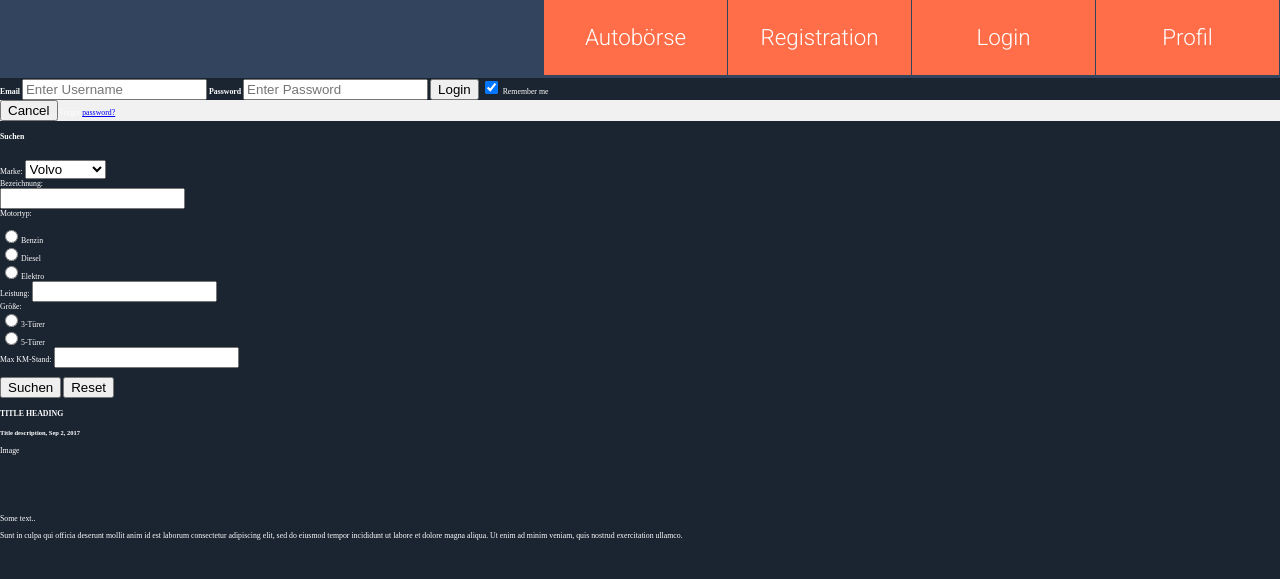
Repository: Turkelten/CarAdminstration
Page: Autobörse/WebContent/index.html
The author's editor kept a copy of each file at every save. The page is drawn from the files as they stood at one save, then again after the next save.
The browser window is 1280 px wide. The pictures show the whole page.

Above is the page before, as saved 2020-07-18 18:40:14.

### Autobörse/WebContent/index.html
<!DOCTYPE html>
<html>
<head>
	<meta name="viewport" content="width=device-width, initial-scale=1.0" charset="ISO-8859-1">
	<title>Autobörse</title>
	<link href="https://fonts.googleapis.com/css2?family=Roboto+Slab:wght@300&family=Roboto:wght@300&display=swap" rel="stylesheet">
	<link href="style.css" rel="stylesheet">
</head>
<body>
	<header>
		<nav id="normal">
			<ul>
			  	<li style="float:left"><a href="index.html">Autobörse</a></li>
			  	<li ><a class="active" href="registration.html">Registration</a></li>
			  	<li ><a class="active" onclick="document.getElementById('id01').style.display='block'">Login</a></li>
			  	<li ><a class="active" href="userprofil.html">Profil</a>
			  		<ul>
			  			<li ><a onclick="document.getElementById('profildaten').style.display='block'">Daten</a></li>
				  		<li ><a onclick="">Inserat erstellen</a></li>
				  		<li ><a class="active" href="LogoutServlet">Logout</a></li>
			 		</ul>
			  	</li>
			</ul>
		</nav>

		<nav id="mobile">
			<div id="menu">Menü</div>
			<ul>
			  	<li ><a href="index.html">Autobörse</a></li>
			  	<li ><a class="active" href="registration.html">Registration</a></li>
			  	<li ><a class="active" onclick="document.getElementById('id01').style.display='block'">Login</a></li>
			  	<li ><a class="active" href="userprofil.html">Profil</a>
			  		<ul>
			  			<li ><a onclick="document.getElementById('profildaten').style.display='block'">Daten</a></li>
				  		<li ><a onclick="">Inserat erstellen</a></li>
				  		<li ><a class="active" href="LogoutServlet">Logout</a></li>
			 		</ul>
			  	</li>
			</ul>
		</nav>
	</header>

	<div class="page">
		<div id="id01" class="login">
	  		<form class="modal-content animate" action="LoginServlet" method="post">
	    		<div class="container">
			      	<label for="email"><b>Email</b></label>
			      	<input type="text" placeholder="Enter Username" name="email" required>

			      	<label for="psw"><b>Password</b></label>
			      	<input type="password" placeholder="Enter Password" name="password" required>

			      	<button type="submit" class="loginbtn">Login</button>
			      	<label>
	        			<input type="checkbox" checked="checked" name="remember"> Remember me
	      			</label>
	   	 		</div>

	    		<div class="container" style="background-color:#f1f1f1">
	      			<button type="button" onclick="document.getElementById('id01').style.display='none'" class="cancelbtn">Cancel</button>
	      			<span class="psw">Forgot <a href="#">password?</a></span>
	    		</div>
	  		</form>
		</div>


		<div class="row">
			<div class="suchleiste">
		      	<h4>Suchen</h4>
		      	<div id="id02">
			      	<form action="FilterServlet" method="get"><br/>
						<label for="cars">Marke:</label>
						<select name="cars" id="cars">
						  <option value="volvo">Volvo</option>
						  <option value="bmw">BMW</option>
						  <option value="mercedes">Mercedes</option>
						  <option value="audi">Audi</option>
						</select><br/>
						<label>Bezeichnung:</label> <br/>
						<input type="text" name="bez"> <br/>
						<label>Motortyp:</label><br/><br/>
						<input type="radio" name="motor" value="benzin">Benzin<br/>
						<input type="radio" name="motor" value="diesel">Diesel<br/>
						<input type="radio" name="motor" value="elektro">Elektro<br/>
						<label>Leistung:</label>
						<input type="text" name="leistung"> <br/>
						<label>Größe:</label><br/>
						<input type="radio" name="groeße" value="fünf">3-Türer<br/>
						<input type="radio" name="groeße" value="drei">5-Türer<br/>
					    <label>Max KM-Stand:</label>
						<input type="text" name="kmStand"> <br/>
						<br/><button type="submit">Suchen</button> <button type="reset">Reset</button>
					</form>
				</div>
			</div>
			<div class="anzeige">
			    <div class="card">
			      <h4>TITLE HEADING</h4>
			      <h5>Title description, Sep 2, 2017</h5>
			      <div class="fakeimg" style="height:60px; width: 60px">Image</div>
			      <p>Some text..</p>
			      <p>Sunt in culpa qui officia deserunt mollit anim id est laborum consectetur adipiscing elit, sed do eiusmod tempor incididunt ut labore et dolore magna aliqua. Ut enim ad minim veniam, quis nostrud exercitation ullamco.</p>
			    </div>
			</div>
		</div>

	</div>

	<script>
	// Get the modal
	var modal = document.getElementById('id01');

	// When the user clicks anywhere outside of the modal, close it
	window.onclick = function(event) {
	    if (event.target == modal) {
	        modal.style.display = "none";
	    }
	}
</script>
</body>
</html>

### Autobörse/WebContent/style.css
body,
html {
  background: #1b2431;
  margin: 0;
  padding: 0;
  font-size: 100%;
  color: white;
}

@media screen and (max-width: 600px) {
  body,
  html {
    font-size: 48%;
  }
}

@media screen and (min-width: 600px) {
  body,
  html {
    font-size: 53%;
  }
}

@media screen and (min-width: 800px) {
  body,
  html {
    font-size: 57%;
  }
}

@media screen and (min-width: 1200px) {
  body,
  html {
    font-size: 70%;
  }
}

header {
  background: #33455e;
  position: fixed;
  top: 0;
  width: 100%;
  text-align: right;
  transition: 200ms all;
  height: 7rem;
}

header nav#normal {
  color: #c8354e;
  display: inline-block;
}

@media screen and (max-width: 800px) {
  header nav#normal {
    display: none;
  }
}

header nav#normal ul {
  margin: 0;
  padding: 0;
  transition: all 300ms;
  display: inline-block;
}

header nav#normal ul li {
  margin: 0;
  padding: 0;
  float: left;
  list-style: none;
  position: relative;
  transition: all 300ms;
}

header nav#normal ul li a {
  display: inline-block;
  padding: 2.17rem;
  float: left;
  min-width: 12rem;
  text-align: center;
  font-size: 2rem;
  color: #fff;
  margin: 0 1px 0 0;
  text-decoration: none;
  background: #ff6e48;
  font-weight: 300;
  transition: all 300ms;
  font-family: "Roboto", sans-serif;
}

header nav#normal ul li:hover > a {
  background: #d85d3c;
}

header nav#normal ul li ul {
  overflow: hidden;
  position: absolute;
  top: 100%;
  left: 0;
  width: 100%;
  transition: 300ms all;
  max-height: 0;
}

header nav#normal ul li ul li {
  border-bottom: 1px solid #8c1e31;
}

header nav#normal ul li:hover > ul {
  max-height: 700px;
}

header nav#mobile {
  color: #c8354e;
  display: none;
}

@media screen and (max-width: 800px) {
  header nav#mobile {
    display: block;
  }
}

header nav #menu {
  padding: 2.17rem 5% 2.17rem 5%;
  float: left;
  width: 90%;
  text-align: center;
  font-size: 2rem;
  color: #fff;
  cursor: pointer;
  font-weight: 300;
  transition: all 500ms;
  font-family: "Roboto", sans-serif;
}

header nav#mobile ul {
  width: 100%;
  margin: 0;
  padding: 0;
  max-height: 0;
  transition: all 500ms;
  overflow: hidden;
  float: left;
}

header nav#mobile:hover > ul {
  max-height: 800px;
}

header nav#mobile ul li {
  margin: 0;
  padding: 0;
  float: left;
  width: 100%;
  list-style: none;
  position: relative;
  transition: all 500ms;
}

header nav#mobile ul li a {
  display: inline-block;
  padding: 2.17rem 5% 2.17rem 5%;
  float: left;
  min-width: 12rem;
  width: 90%;
  text-align: center;
  font-size: 2rem;
  color: #fff;
  text-decoration: none;
  background: #c8354e;
  font-weight: 300;
  transition: all 500ms;
  font-family: "Roboto", sans-serif;
}

header nav#mobile ul li:hover > a {
  background: #8c1e31;
}

header nav#mobile ul li ul {
  width: 100%;
  transition: all 500ms;
  max-height: 0;
  overflow: hidden;
  float: left;
}

header nav#mobile ul li ul li {
  display: block;
  float: left;
  background: #8c1e31;
  transition: all 500ms;
}

header nav#mobile ul li ul li a {
  background: #8c1e31;
}

header nav#mobile ul li:hover > ul {
  max-height: 500px;
}

.page {
  	position:fixed;
    padding:0;
    margin:0;

    top:7rem;
    left:0;

    width: 100%;
    height: 100%;
}

.registration {
	text-align: center;
	margin-bottom: auto;
	padding: 10px;
	width: 100%;
    height: 100%;
    top: 10rem;
}

.registration form {
	text-align: center;
	margin-left: auto;
	margin-right: auto;
	margin-bottom: auto;
	width: 30%;
    height: 30%;
}

.registration a {
	font-size: 2rem;
	text-align: left;
	padding: 5px;
}

After the next save:
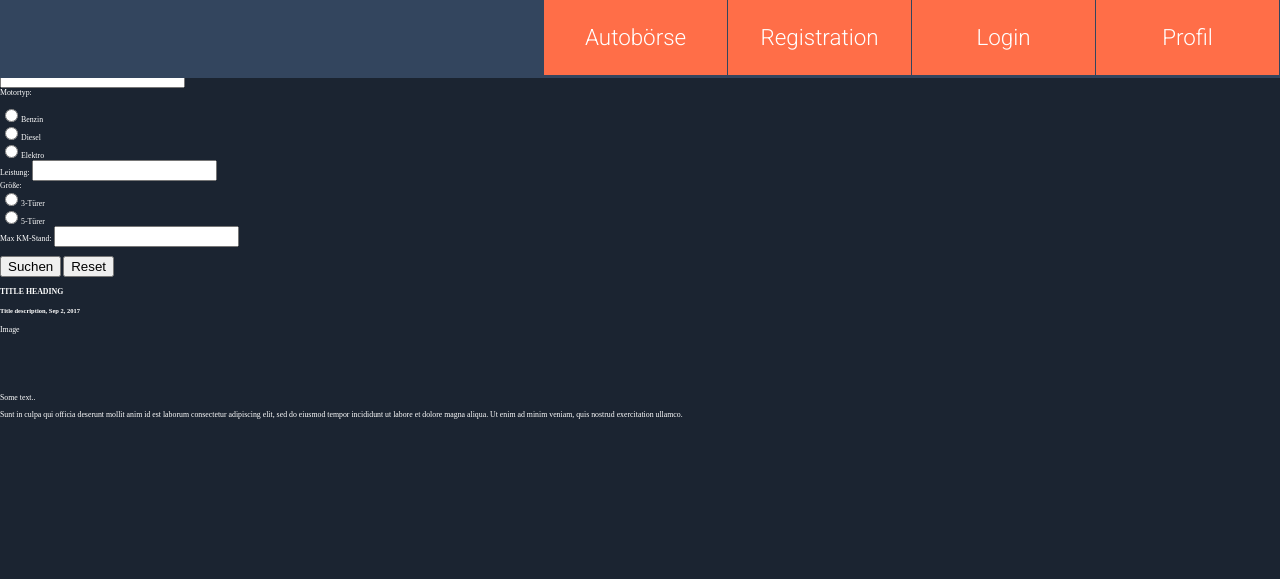
Saved 117 s later.
--- a/Autobörse/WebContent/index.html
+++ b/Autobörse/WebContent/index.html
@@ -39,30 +39,6 @@
 			</ul>
 		</nav>
 	</header>
-
-	<div class="page">
-		<div id="id01" class="login">
-	  		<form class="modal-content animate" action="LoginServlet" method="post">
-	    		<div class="container">
-			      	<label for="email"><b>Email</b></label>
-			      	<input type="text" placeholder="Enter Username" name="email" required>
-
-			      	<label for="psw"><b>Password</b></label>
-			      	<input type="password" placeholder="Enter Password" name="password" required>
-
-			      	<button type="submit" class="loginbtn">Login</button>
-			      	<label>
-	        			<input type="checkbox" checked="checked" name="remember"> Remember me
-	      			</label>
-	   	 		</div>
-
-	    		<div class="container" style="background-color:#f1f1f1">
-	      			<button type="button" onclick="document.getElementById('id01').style.display='none'" class="cancelbtn">Cancel</button>
-	      			<span class="psw">Forgot <a href="#">password?</a></span>
-	    		</div>
-	  		</form>
-		</div>
-
 
 		<div class="row">
 			<div class="suchleiste">
